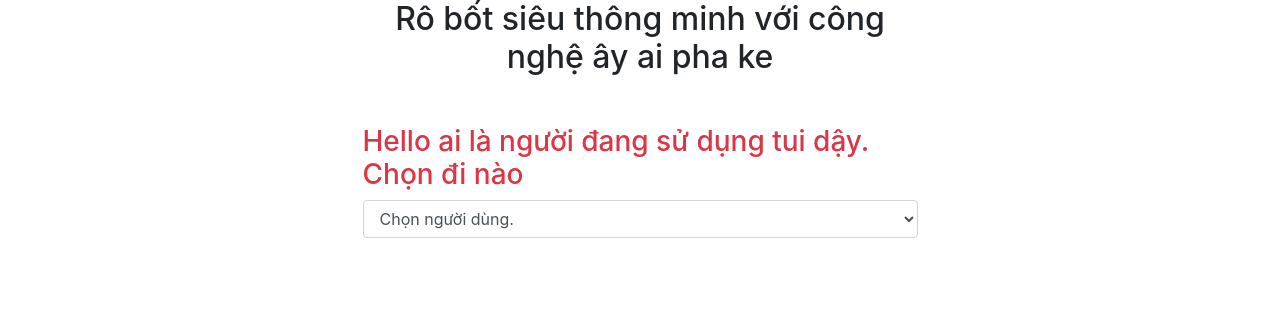
Repository: dovanthao2404/BC14_BaiTap_JS_Buoi_4_dovanthao
Page: html/bai2.html
An editor plug-in stored every save of this project. The page is shown before and after the next save, followed by the edit.
The browser window is 1280 px wide. The pictures show the whole page.

Above is the page before, as saved 2021-07-03 01:20:36.

After the next save:
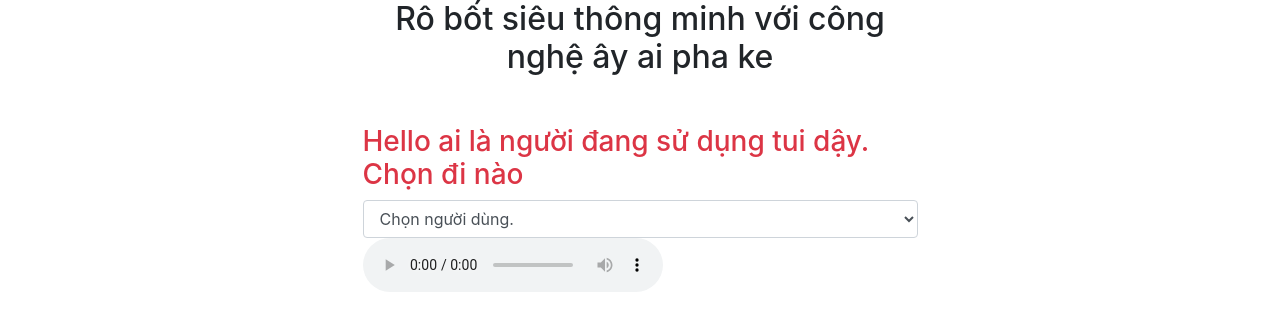
Saved 8 min 11 s later.
--- a/html/bai2.html
+++ b/html/bai2.html
@@ -26,6 +26,9 @@
           <option>Em gái</option>
         </select>
       </div>
+      <audio controls autoplay>
+        <source src="../audio/moichon.mp3" type="audio/mp3">
+      </audio>
       <audio id="audio" src=""></audio>
       <div class="mt-3">
         <h2 id="result"></h2>

After the 4 saves that followed:
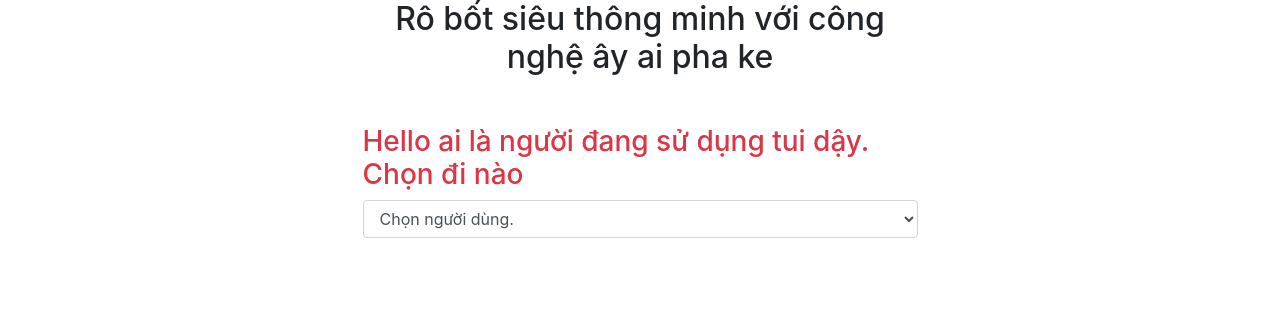
The 4 saves are shown as one change because 3 left the picture as it was.
The last was saved 56 s later.
--- a/html/bai2.html
+++ b/html/bai2.html
@@ -26,8 +26,7 @@
           <option>Em gái</option>
         </select>
       </div>
-      <audio controls autoplay>
-        <source src="../audio/moichon.mp3" type="audio/mp3">
+      <audio class="d-none" controls autoplay src="../audio/moichon.mp3">
       </audio>
       <audio id="audio" src=""></audio>
       <div class="mt-3">
--- a/js/bai2.js
+++ b/js/bai2.js
@@ -31,8 +31,8 @@ function returnNotification(notification) {
   result.innerHTML = notification;
 }
 
-setTimeout(function () {
-  var audio = document.getElementById("audio");
-  audio.src = "../audio/moichon.mp3";
-  audio.play();
-}, 500)
+// setTimeout(function () {
+//   var audio = document.getElementById("audio");
+//   audio.src = "../audio/moichon.mp3";
+//   audio.play();
+// }, 500)
